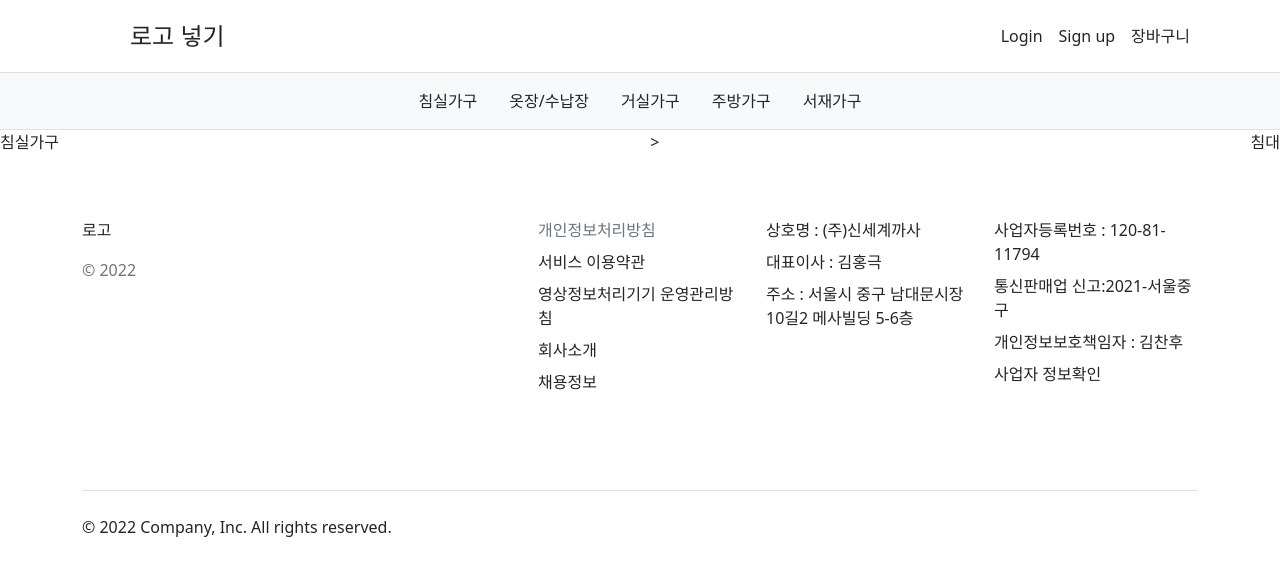
Repository: raoniee/Elice-House-Project
Page: FE/views/pages/main/item-list.html
The author's editor kept a copy of each file at every save. The page is drawn from the files as they stood at one save, then again after the next save.
The browser window is 1280 px wide. The pictures show the whole page.

Above is the page before, as saved 2023-07-06 13:18:00.

After the next save:
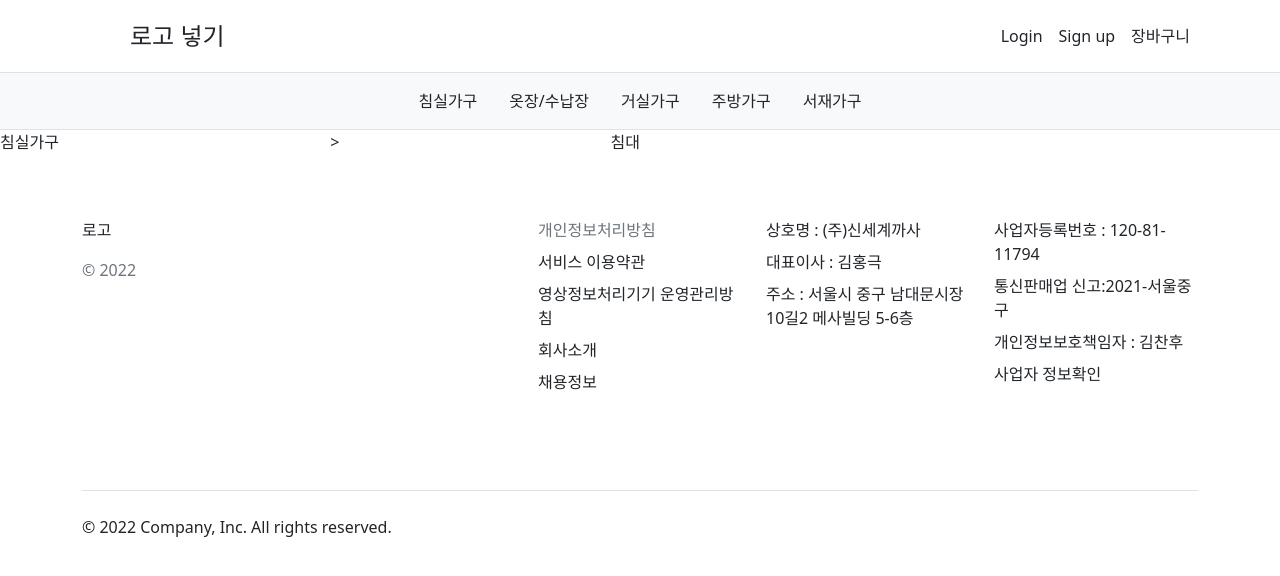
Saved 92 s later.
--- a/FE/views/pages/main/item-list.html
+++ b/FE/views/pages/main/item-list.html
@@ -29,7 +29,7 @@
     </header>
 
     <main>
-      <div class="menu_bar d-flex justify-content-between">
+      <div class="menu_bar w-50 d-flex justify-content-between">
         <p class="menu-depth1">침실가구</p>
         <p class="arrow">></p>
         <p class="menu-depth2">침대</p>
